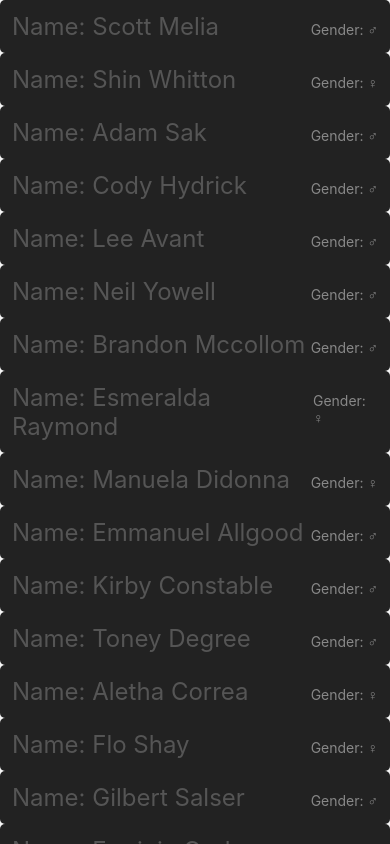
Repository: kfrancois/Bachelorproef-Apps
Screen: / (app in React Native/ListApp/.vscode/)
An editor plug-in stored every save of this project. The screen is shown before and after the next save, followed by the edit.
An inner scrolling area shows only its first screen. The app was drawn by React Native's web renderer in a window 390 px wide. The project was rebuilt for these pictures with package versions that can differ from the ones it lists, and the page was loaded fresh each time.

Above is the screen before, as saved 2018-04-23 15:15:23.

### React Native/ListApp/.vscode/App.js
import React, { Component } from 'react';
import MyListView from './src/listView';

// type Props = {};
export default class App extends Component {
  render() {
    return <MyListView />;
  }
}

### React Native/ListApp/.vscode/src/listView.js
import React, { Component } from 'react';
import { View, FlatList, Text, SafeAreaView, StyleSheet } from 'react-native';
import items from './items';
import Row from './row';

export default class MyListView extends Component {
  render() {
    return (
      <SafeAreaView style={{ flex: 1, backgroundColor: 'whitesmoke' }}>
        <FlatList
          style={styles.idk}
          contentContainerStyle={styles.container}
          data={items}
          renderItem={data => {
            return <Row item={data.item} />;
          }}
        />
      </SafeAreaView>
    );
  }
}

const styles = StyleSheet.create({
  idk: {
    flex: 1,
    backgroundColor: 'whitesmoke'
  },
  container: {
    flexGrow: 1,
    justifyContent: 'space-between'
  },
  item: {
    margin: 10,
    padding: 10,
    fontSize: 14,
    height: 44,
    backgroundColor: '#222',
    borderRadius: 5
  }
});

### React Native/ListApp/.vscode/src/items.js
const items = [
  { key: '0', name: 'Scott Melia', gender: '♂' },
  { key: '1', name: 'Shin Whitton', gender: '♀' },
  { key: '2', name: 'Adam Sak', gender: '♂' },
  { key: '3', name: 'Cody Hydrick', gender: '♂' },
  { key: '4', name: 'Lee Avant', gender: '♂' },
  { key: '5', name: 'Neil Yowell', gender: '♂' },
  { key: '6', name: 'Brandon Mccollom', gender: '♂' },
  { key: '7', name: 'Esmeralda Raymond', gender: '♀' },
  { key: '8', name: 'Manuela Didonna', gender: '♀' },
  { key: '9', name: 'Emmanuel Allgood', gender: '♂' },
  { key: '10', name: 'Kirby Constable', gender: '♂' },
  { key: '11', name: 'Toney Degree', gender: '♂' },
  { key: '12', name: 'Aletha Correa', gender: '♀' },
  { key: '13', name: 'Flo Shay', gender: '♀' },
  { key: '14', name: 'Gilbert Salser', gender: '♂' },
  { key: '15', name: 'Erminia Gorka', gender: '♀' },
  { key: '16', name: 'Maura Stoudt', gender: '♀' },
  { key: '17', name: 'Mireya Scheerer', gender: '♀' },
  { key: '18', name: 'Arnoldo Billick', gender: '♂' },
  { key: '19', name: 'Jed Todaro', gender: '♂' },
  { key: '20', name: 'Lucien Mucci', gender: '♂' },
  { key: '21', name: 'Emily Mayhan', gender: '♀' },
  { key: '22', name: 'Brock Renshaw', gender: '♂' },
  { key: '23', name: 'Hui Gunnells', gender: '♀' },
  { key: '24', name: 'Clifford Mendell', gender: '♂' },
  { key: '25', name: 'Kenton Sander', gender: '♂' },
  { key: '26', name: 'Edmundo Wainwright', gender: '♂' },
  { key: '27', name: 'Emilio Kirtley', gender: '♂' },
  { key: '28', name: 'Boris Pelchat', gender: '♂' },
  { key: '29', name: 'Elli Palmisano', gender: '♀' },
  { key: '30', name: 'Lonna Vanorden', gender: '♀' },
  { key: '31', name: 'Emelia Wax', gender: '♀' },
  { key: '32', name: 'Akilah Medeiros', gender: '♀' },
  { key: '33', name: 'Burt Bonebrake', gender: '♂' },
  { key: '34', name: 'Darcy Mccullum', gender: '♀' },
  { key: '35', name: 'Janae Pabst', gender: '♀' },
  { key: '36', name: 'Coleman Rispoli', gender: '♂' },
  { key: '37', name: 'Cassidy Lanctot', gender: '♀' },
  { key: '38', name: 'Brunilda Comeaux', gender: '♀' },
  { key: '39', name: 'Jaymie Poteet', gender: '♀' },
  { key: '40', name: 'Coleen Sudderth', gender: '♀' }
];

export default items;

### React Native/ListApp/.vscode/src/row.js
import React from 'react';
import { View, Text, StyleSheet } from 'react-native';

const styles = StyleSheet.create({
  container: {
    padding: 12,
    flexDirection: 'row',
    justifyContent: 'space-between',
    alignItems: 'baseline',
    alignSelf: 'stretch',
    backgroundColor: '#222',
    borderRadius: 5
  },
  rowHeading: {
    fontSize: 24,
    color: '#555'
  },
  rowText: {
    fontSize: 14,
    color: '#888'
  }
});

const Row = props => {
  const item = props.item;
  const { name, gender } = item;
  return (
    <View style={styles.container}>
      <Text style={styles.rowHeading}>Name: {name}</Text>
      <Text style={styles.rowText}>Gender: {gender}</Text>
    </View>
  );
};

export default Row;

After the next save:
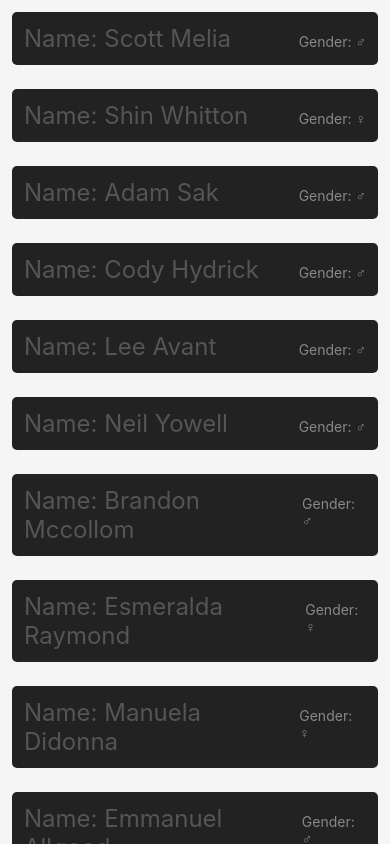
Saved 7 s later.
--- a/React Native/ListApp/.vscode/src/row.js
+++ b/React Native/ListApp/.vscode/src/row.js
@@ -3,6 +3,7 @@ import { View, Text, StyleSheet } from 'react-native';
 
 const styles = StyleSheet.create({
   container: {
+      margin: 12,
     padding: 12,
     flexDirection: 'row',
     justifyContent: 'space-between',
